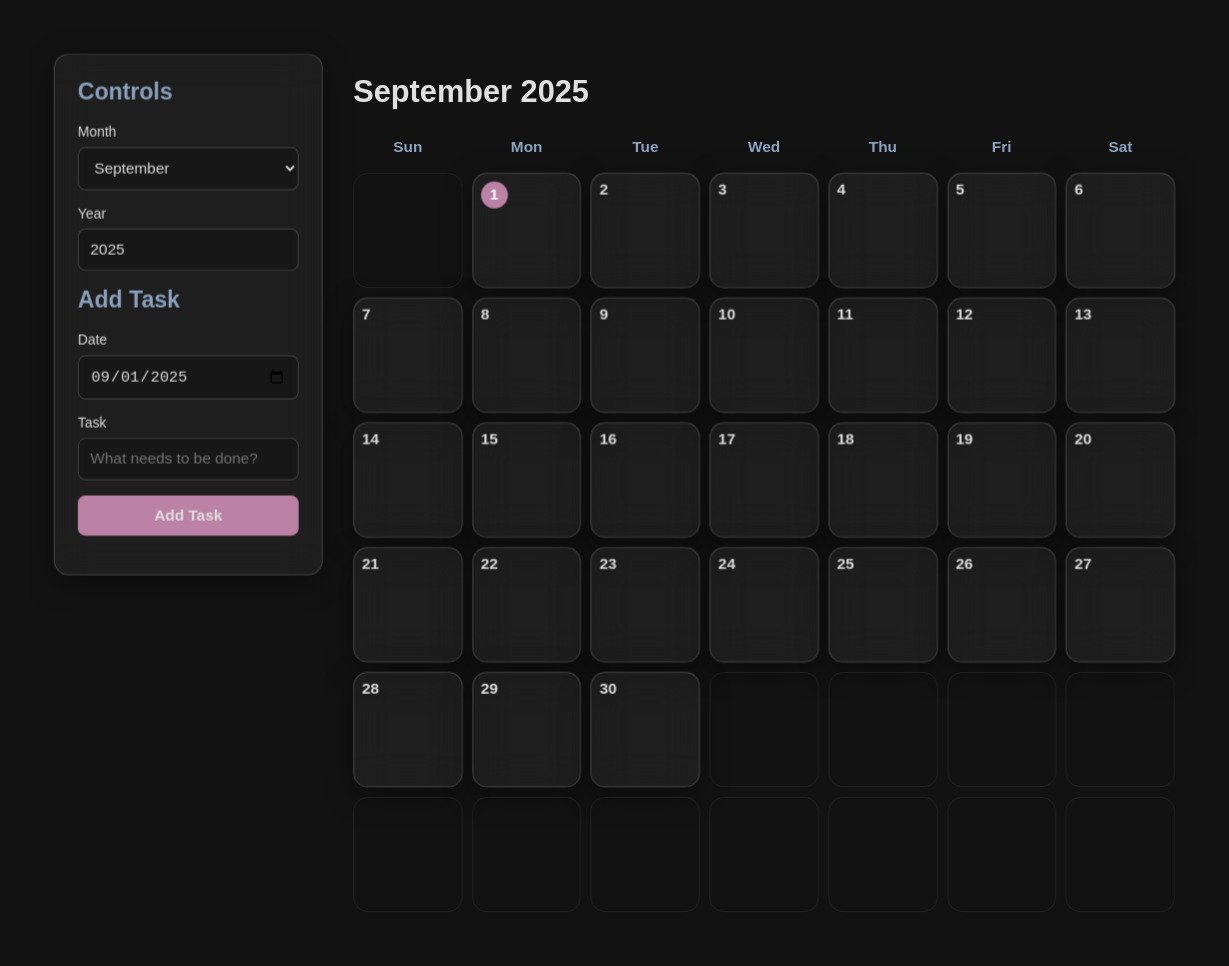
Repository: TanujaNair03/ToDo
Page: static/index.html
These files come from the project's save history. The page is drawn as it stood at one moment and after the next save; the edit follows.
The browser window is 1280 px wide. The pictures show the whole page, at 96% of full size.
The page's requests for data from a server got no answer.

Above is the page before, as saved 2025-09-01 15:12:39.

After the next save:
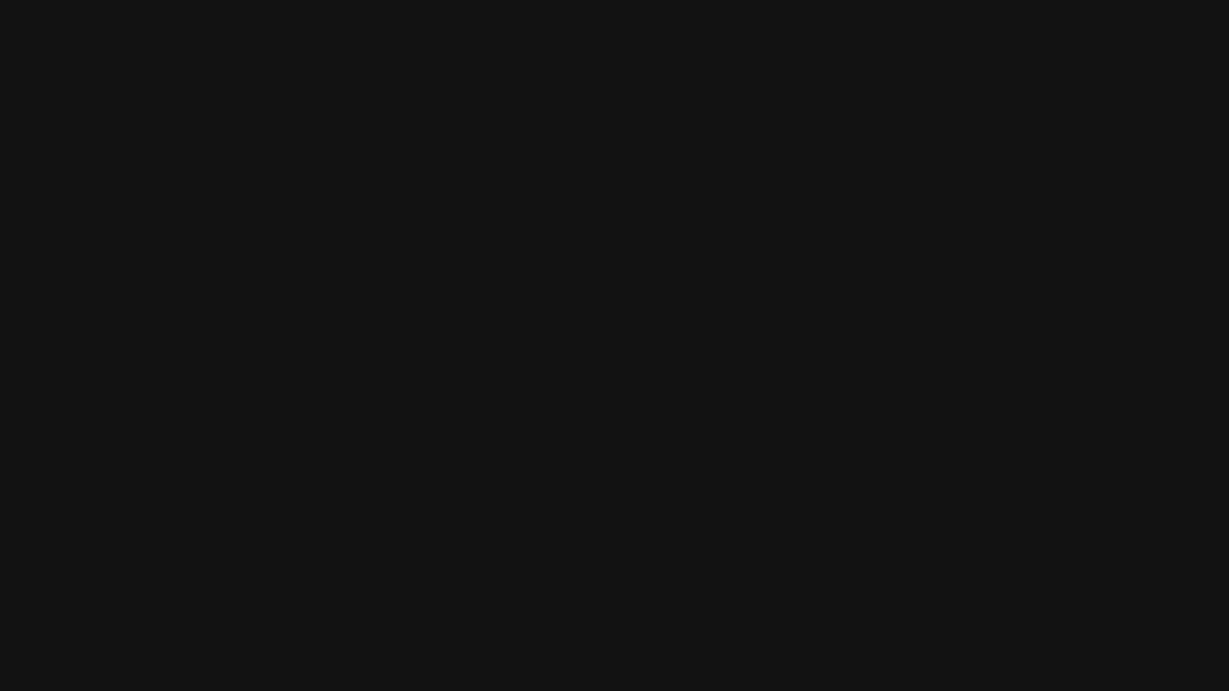
Console error: ReferenceError: Cannot access 'year' before initialization
Saved 5 min 53 s later.
--- a/static/index.html
+++ b/static/index.html
@@ -202,7 +202,10 @@
                 for (let i = 0; i < 42; i++) {
                     if (i >= firstDayOfMonth && dayCounter <= daysInMonth) {
                         const dateObj = new Date(year, month, dayCounter);
-                        const dateStr = dateObj.toISOString().split('T')[0];
+                        const year = dateObj.getFullYear();
+                        const month = String(dateObj.getMonth() + 1).padStart(2, '0');
+                        const day = String(dateObj.getDate()).padStart(2, '0');
+                        const dateStr = `${year}-${month}-${day}`;
                         daysArray.push({
                             date: dateObj, dateStr: dateStr, isCurrentMonth: true,
                             isToday: dateStr === today.toISOString().split('T')[0],

After the 2 saves that followed:
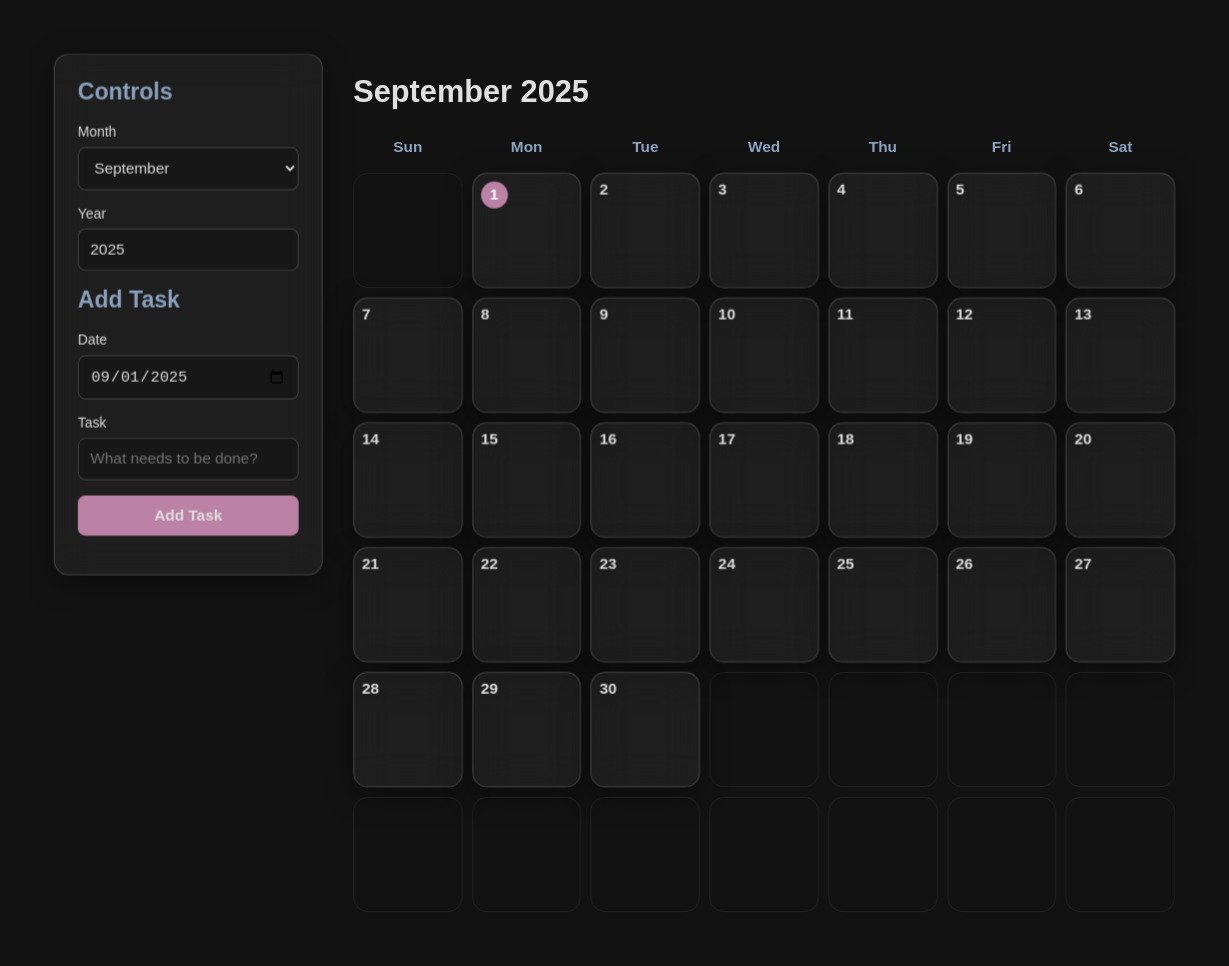
The error is gone.
The 2 saves are shown as one change because 1 left the picture as it was.
The last was saved 4 min 19 s later.
--- a/static/index.html
+++ b/static/index.html
@@ -202,13 +202,13 @@
                 for (let i = 0; i < 42; i++) {
                     if (i >= firstDayOfMonth && dayCounter <= daysInMonth) {
                         const dateObj = new Date(year, month, dayCounter);
-                        const year = dateObj.getFullYear();
-                        const month = String(dateObj.getMonth() + 1).padStart(2, '0');
-                        const day = String(dateObj.getDate()).padStart(2, '0');
-                        const dateStr = `${year}-${month}-${day}`;
+                        const y = dateObj.getFullYear();
+                        const m = String(dateObj.getMonth() + 1).padStart(2, '0');
+                        const d = String(dateObj.getDate()).padStart(2, '0');
+                        const dateStr = `${y}-${m}-${d}`;
                         daysArray.push({
                             date: dateObj, dateStr: dateStr, isCurrentMonth: true,
-                            isToday: dateStr === today.toISOString().split('T')[0],
+                            isToday: dateStr === today.toISOString().split('T')[0].substring(0,10),
                             tasks: tasks.value[dateStr] || []
                         });
                         dayCounter++;
@@ -217,6 +217,7 @@
                 return daysArray;
             });
 
+            // CORRECTED: Functions are now defined correctly only once.
             const fetchTasks = async () => {
                 const response = await fetch(`${API_URL}/tasks`);
                 tasks.value = await response.json();
@@ -246,17 +247,12 @@
                 cancelEditing();
                 fetchTasks();
             };
-
-            // NEW: Method to delete a task
             const deleteTask = async (dateStr, taskIndex) => {
                 if (window.confirm("Are you sure you want to delete this task?")) {
-                    await fetch(`${API_URL}/tasks/${dateStr}/${taskIndex}`, {
-                        method: 'DELETE'
-                    });
-                    fetchTasks(); // Refresh the task list
+                    await fetch(`${API_URL}/tasks/${dateStr}/${taskIndex}`, { method: 'DELETE' });
+                    fetchTasks();
                 }
             };
-
             const createRipple = (event) => {
                 if (!backgroundRef.value) return;
                 const rect = backgroundRef.value.getBoundingClientRect();
@@ -295,8 +291,7 @@
             return {
                 selectedMonth, selectedYear, months, dayNames, monthName, calendarDays,
                 newTask, addTask, updateTaskStatus, editingDate, editingIndex, editingText,
-                startEditing, cancelEditing, saveEdit,
-                deleteTask, // Expose the new delete method to the template
+                startEditing, cancelEditing, saveEdit, deleteTask,
                 backgroundRef, ripples
             };
         }
